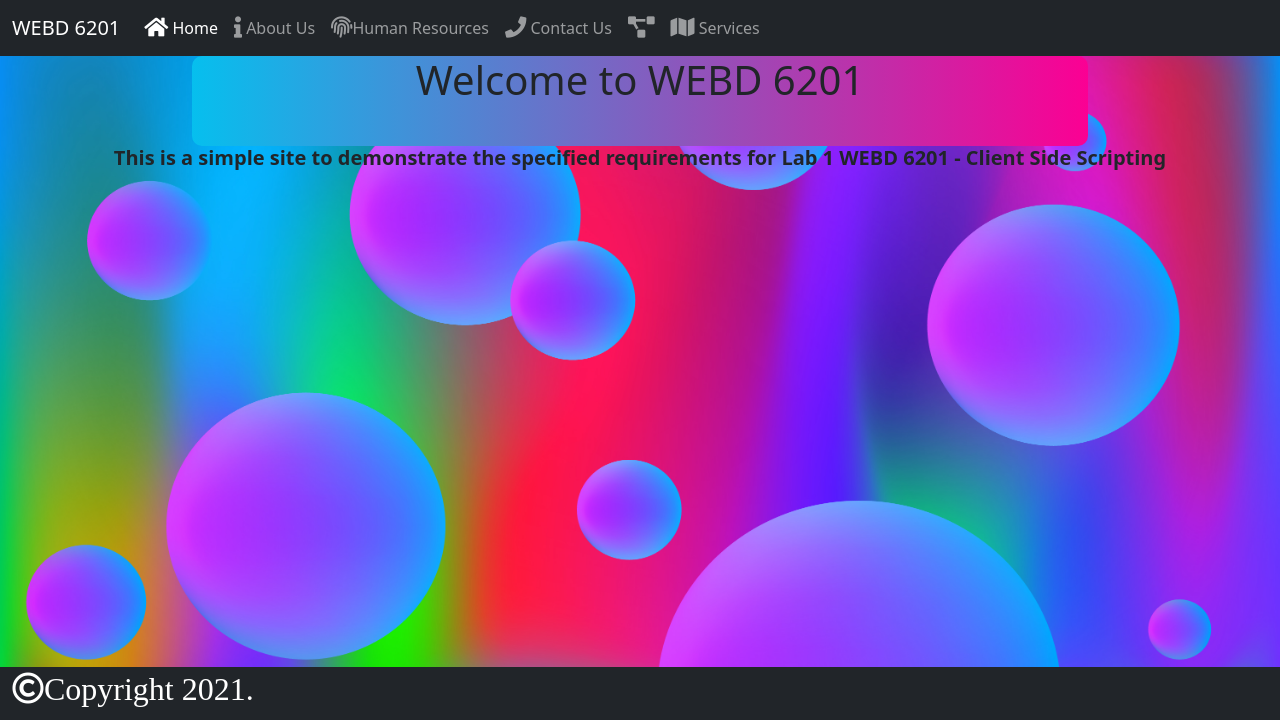
Repository: vans12345678/WEBD6201-W2021-Lab1
Page: index.html
These files come from the project's save history. The page is drawn as it stood at one moment and after the next save; the edit follows.
The browser window is 1280 px wide. The pictures show the whole page.

Above is the page before, as saved 2021-02-01 19:47:11.
Console error: ReferenceError: mainContent is not defined

After the next save:
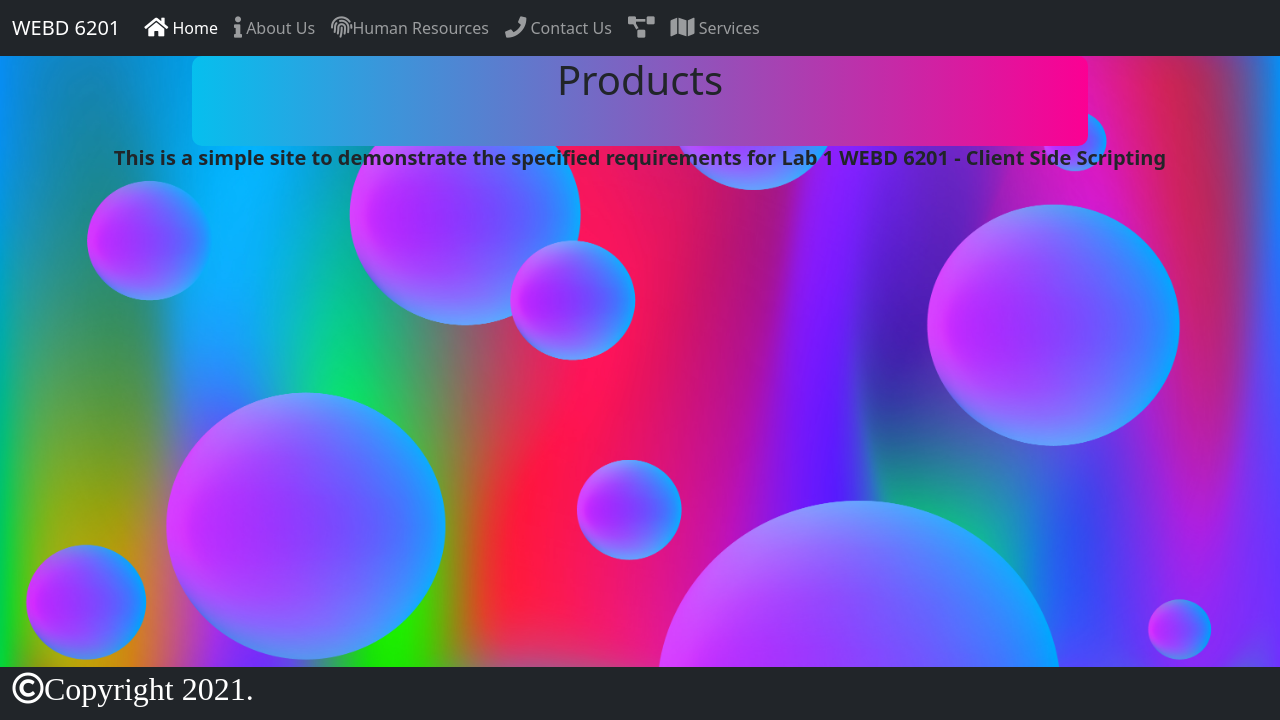
Saved 39 s later.
--- a/Scripts/app.js
+++ b/Scripts/app.js
@@ -19,7 +19,7 @@
         let titleText = "Welcome to WEBD 6201";
 
         let introTextElement = document.getElementById("introParagraph").textContent = introText;
-        introTextElement = document.getElementById("title").textContent = titleText;
+        introTextElement = document.getElementById("title").textContent = "Products";
 
 
         mainContent.innerHTML =

After the save that followed:
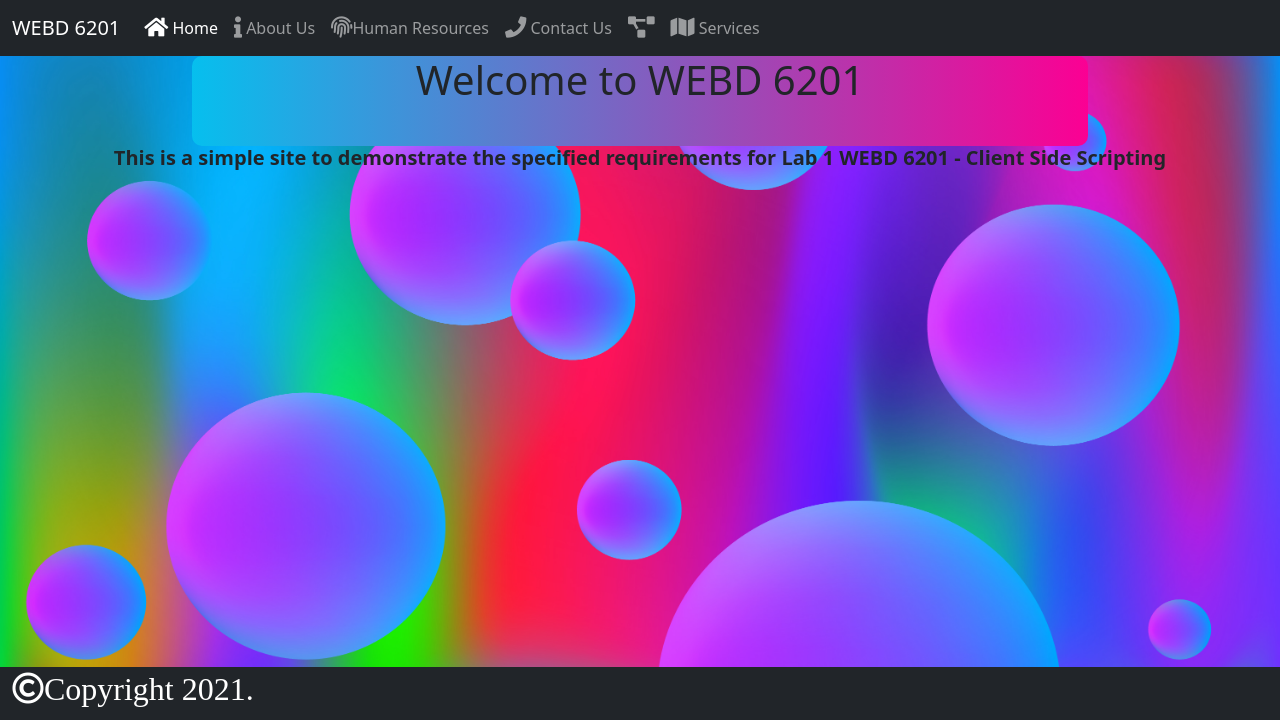
Console error: TypeError: Cannot set properties of null (setting 'textContent')
Saved 48 s later.
--- a/Scripts/app.js
+++ b/Scripts/app.js
@@ -19,7 +19,9 @@
         let titleText = "Welcome to WEBD 6201";
 
         let introTextElement = document.getElementById("introParagraph").textContent = introText;
-        introTextElement = document.getElementById("title").textContent = "Products";
+        introTextElement = document.getElementById("title").textContent = titleText;
+        introTextElement = document.getElementById("navProducts").textContent = "Products";
+
 
 
         mainContent.innerHTML =
